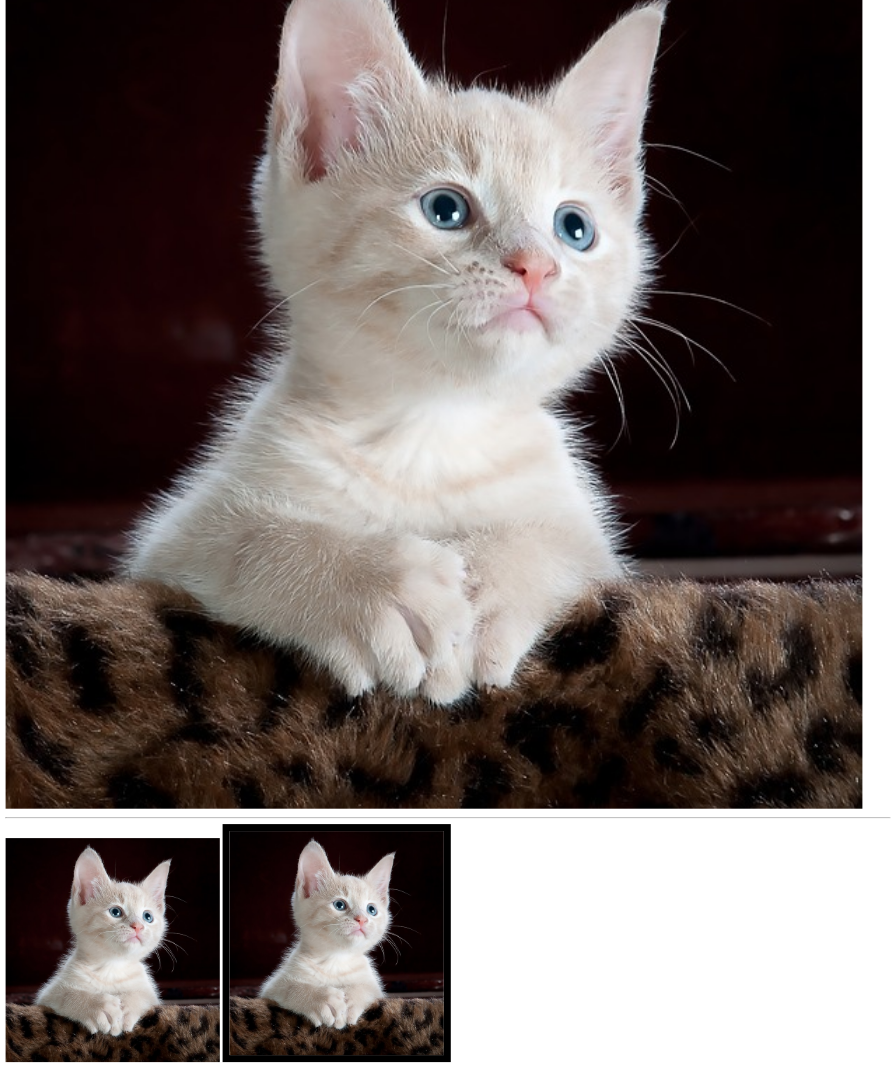
Repository: heoSuKyeong/client_Ssanyong
Page: ClientTest/src/main/webapp/html/ex13_image.html
These files come from the project's save history. The page is drawn as it stood at one moment and after the next save; the edit follows.
The browser window is 1280 px wide. The pictures show the part of the page from y = 876 to 2796 px (the page is 2405 px tall before and 2796 px after), at 70% of full size.

Above is the page before, as saved 2023-09-20 07:42:04.

### ClientTest/src/main/webapp/html/ex13_image.html
<!DOCTYPE html>
<html>
<head>
<meta charset="UTF-8">
<title>Insert title here</title>
</head>
<body>
	<h1>이미지</h1>
	<img src="images/cat.jpg" alt="문자열">

	<hr>

	<img src="images/cat.jpg" alt="문자열" width="1224" height="1280">

	<hr>

	<img src="images/cat.jpg" alt="문자열" height="320">
	<img src="images/cat.jpg" alt="문자열" height="320" border="10">

</body>
</html>

After the next save:
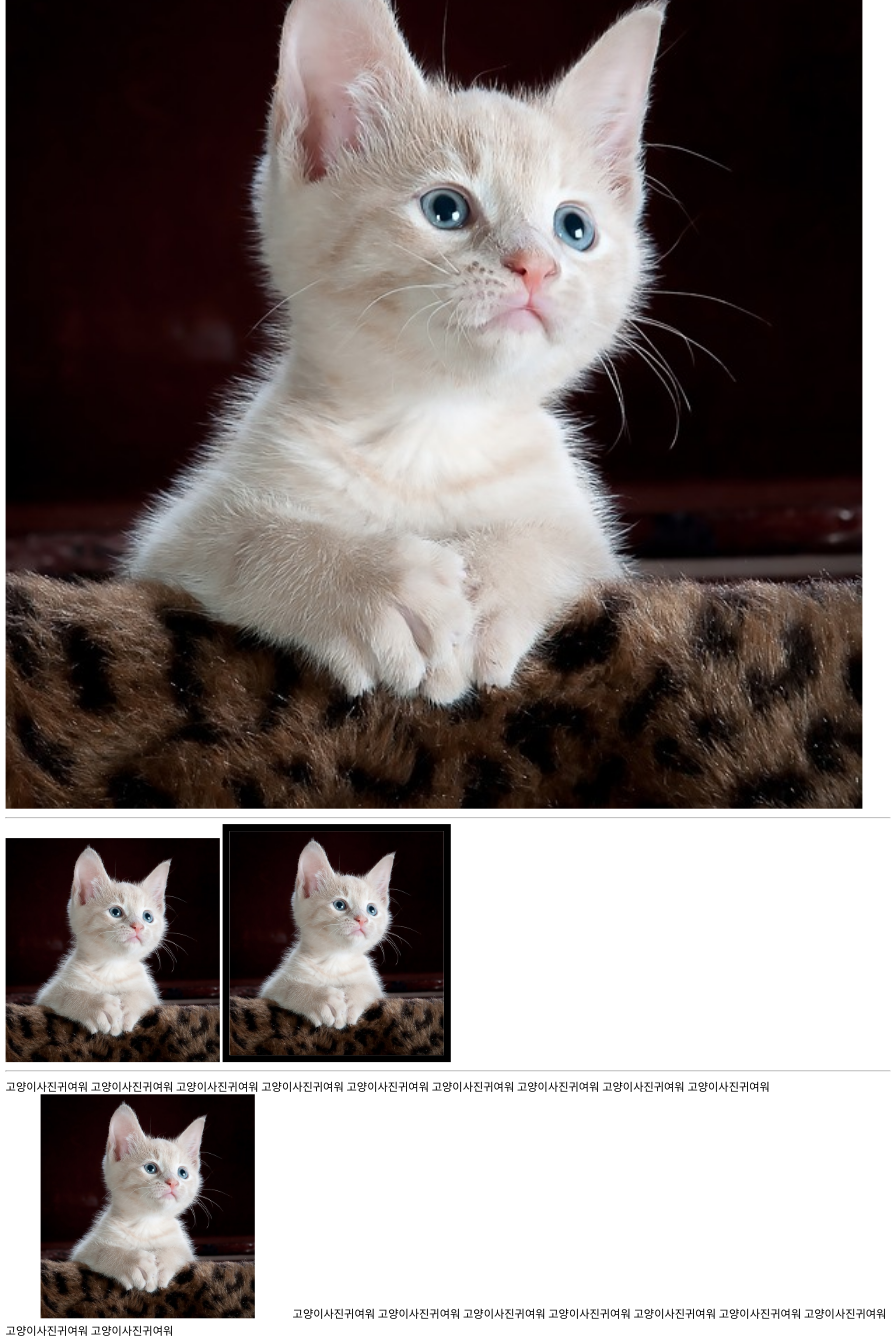
Saved 2 min 27 s later.
--- a/ClientTest/src/main/webapp/html/ex13_image.html
+++ b/ClientTest/src/main/webapp/html/ex13_image.html
@@ -17,5 +17,14 @@
 	<img src="images/cat.jpg" alt="문자열" height="320">
 	<img src="images/cat.jpg" alt="문자열" height="320" border="10">
 
+	<hr>
+
+	고양이사진귀여워 고양이사진귀여워 고양이사진귀여워 고양이사진귀여워 고양이사진귀여워 고양이사진귀여워 고양이사진귀여워 고양이사진귀여워 고양이사진귀여워
+	<img src="images/cat.jpg" alt="문자열" height="320" hspace="50">
+	 고양이사진귀여워 고양이사진귀여워 고양이사진귀여워 고양이사진귀여워 고양이사진귀여워 고양이사진귀여워 고양이사진귀여워 고양이사진귀여워 고양이사진귀여워
+
+
+
+
 </body>
 </html>
